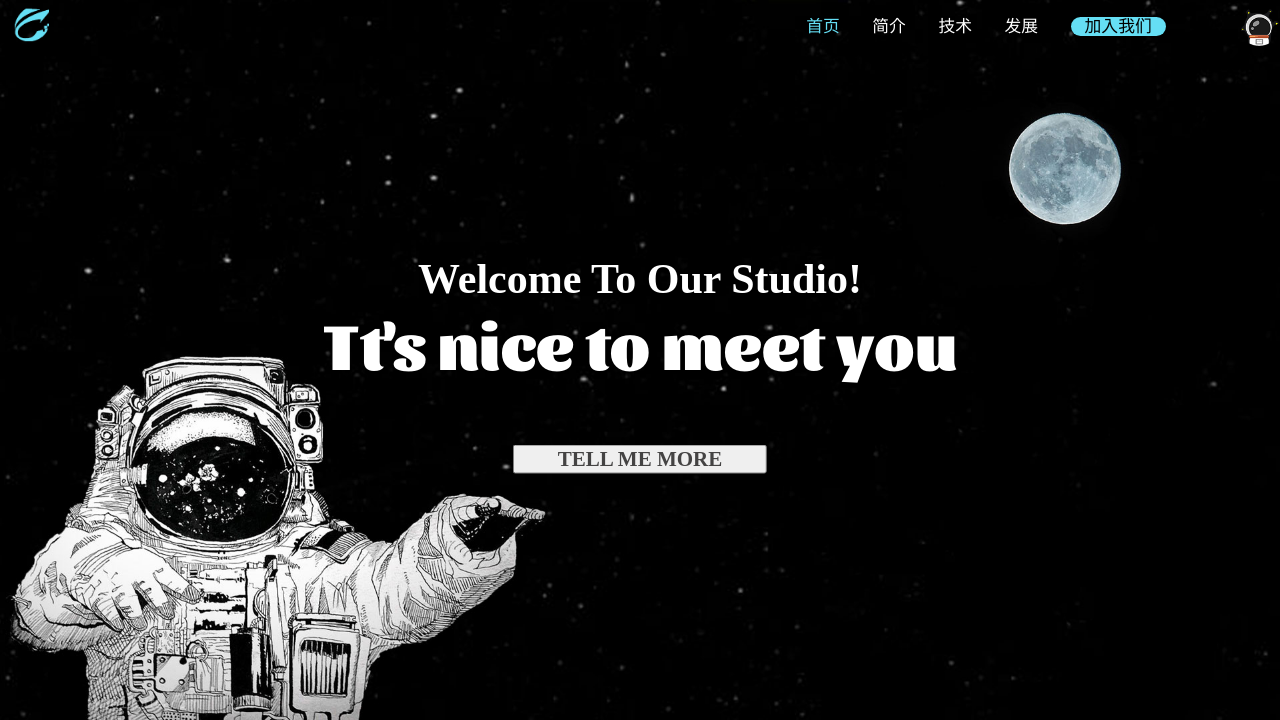
Repository: Homyit20/website
Page: /#/home
The author's editor kept a copy of each file at every save. The page is drawn from the files as they stood at one save, then again after the next save.
The browser window is 1280 px wide. The pictures show the whole page.
The project was rebuilt for these pictures with package versions that can differ from the ones it lists, and the page was loaded fresh each time. Also part of the build but not shown: vue.config.js.

Above is the page before, as saved 2021-08-10 21:03:26.

After the next save:
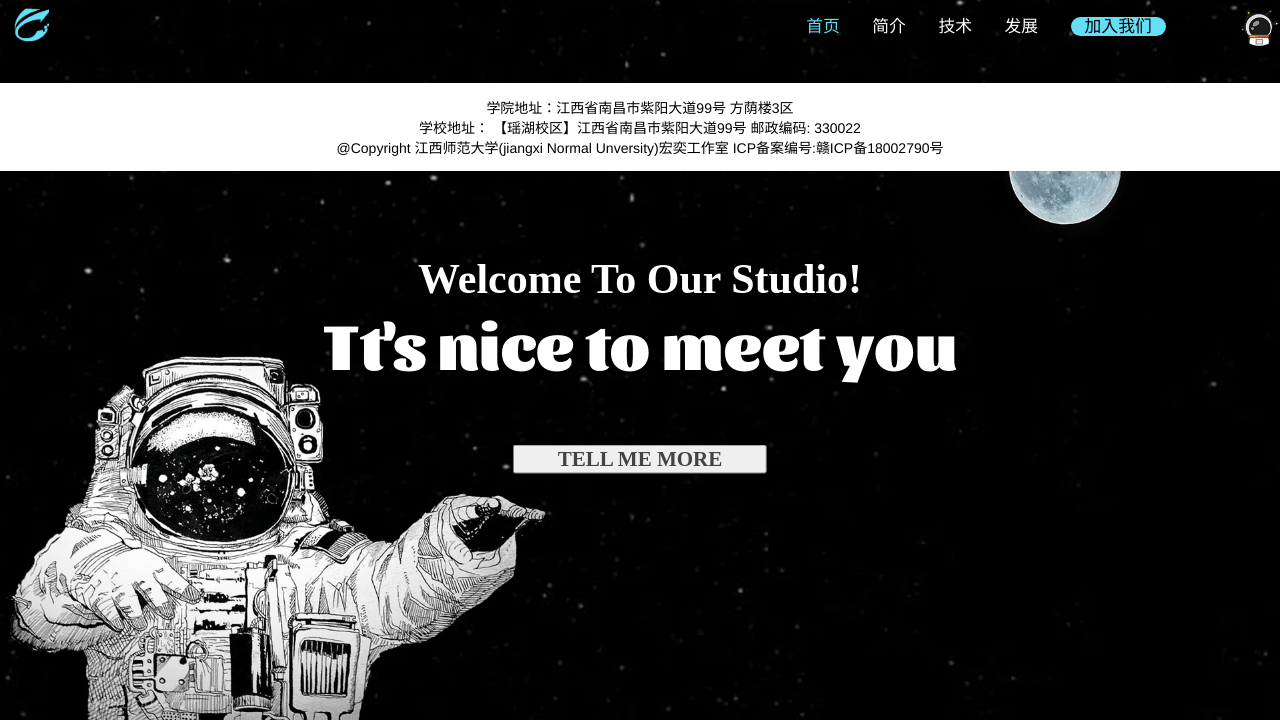
Saved 63 s later.
--- a/src/views/Home.vue
+++ b/src/views/Home.vue
@@ -15,20 +15,45 @@
       width="100%"
       height="100%"
     />
+    <img
+      src="../assets/home/moon.png"
+      alt=""
+      width="80rem"
+      height="80rem"
+      id="home-moon"
+    />
 
     <home-welcome></home-welcome>
+    <Footer></Footer>
   </div>
 </template>
 
 <script>
 import HomeWelcome from "../components/home/home-welcome.vue";
-import NavBar from "../components/common/nav.vue"
+import NavBar from "../components/common/nav.vue";
+import Footer from "../components/common/footer.vue"
 
 export default {
   name: "Home",
   components: {
     HomeWelcome,
-    NavBar
+    NavBar,
+    Footer
+  },
+  date() {
+    return {
+      flag: false,
+      screenWidth: "",
+      screenHeight: "",
+    };
+  },
+  mounted() {
+    this.screenWidth = document.body.clientWidth;
+    this.screenHeight = document.body.clientHeight;
+    if (this.screenWidth < 500) {
+      console.log(this.screenWidth);
+      this.flag = true;
+    }
   },
 };
 </script>
@@ -50,4 +75,22 @@ export default {
   object-fit: cover;
   z-index: -100;
 }
+#home-moon {
+  opacity: 0;
+}
+@media screen and (max-width: 500px) {
+  #home-img {
+    top: 0;
+    object-fit: cover;
+    width: 100vw;
+    height: 100vh;
+    z-index: -100;
+  }
+  #home-moon {
+    opacity: 1;
+    position: absolute;
+    top: 10%;
+    right: 5%;
+  }
+}
 </style>
